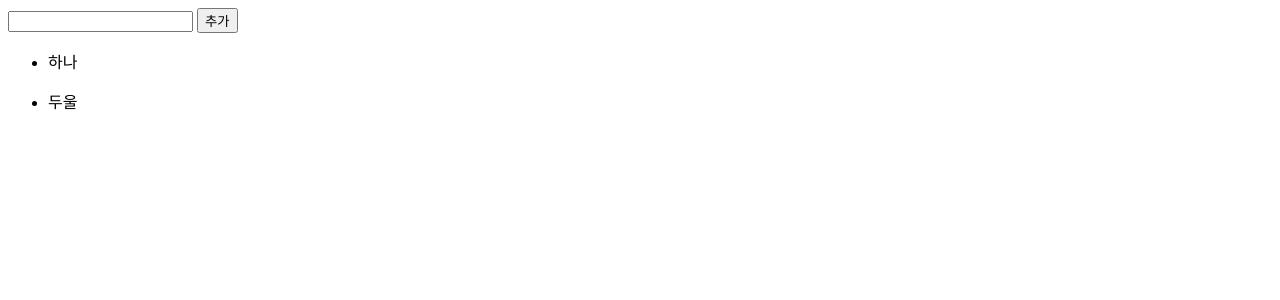
Repository: hyunhee7/angular_work
Page: HelloAngular/WebContent/Step02_controller.html
These files come from the project's save history. The page is drawn as it stood at one moment and after the next save; the edit follows.
The browser window is 1280 px wide. The pictures show the whole page.

Above is the page before, as saved 2017-08-25 02:44:29.

After the next save:
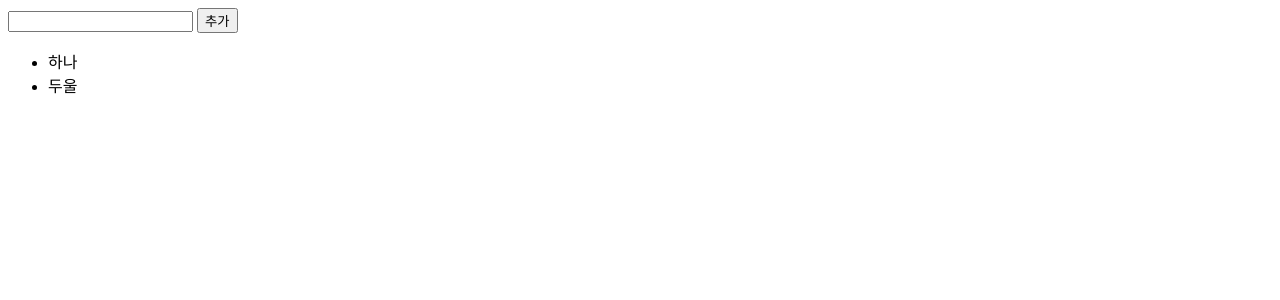
Saved 61 s later.
--- a/HelloAngular/WebContent/Step02_controller.html
+++ b/HelloAngular/WebContent/Step02_controller.html
@@ -18,8 +18,8 @@
 	<div ng-controller="Ctrl1">
 		<input type="text" />
 		<button>추가</button>
-		<ul ng-repeat="tmp in msgs">
-			<li>{{tmp}}</li>
+		<ul>
+			<li ng-repeat="tmp in msgs">{{tmp}}</li>
 		</ul>
 	</div>
 </body>
